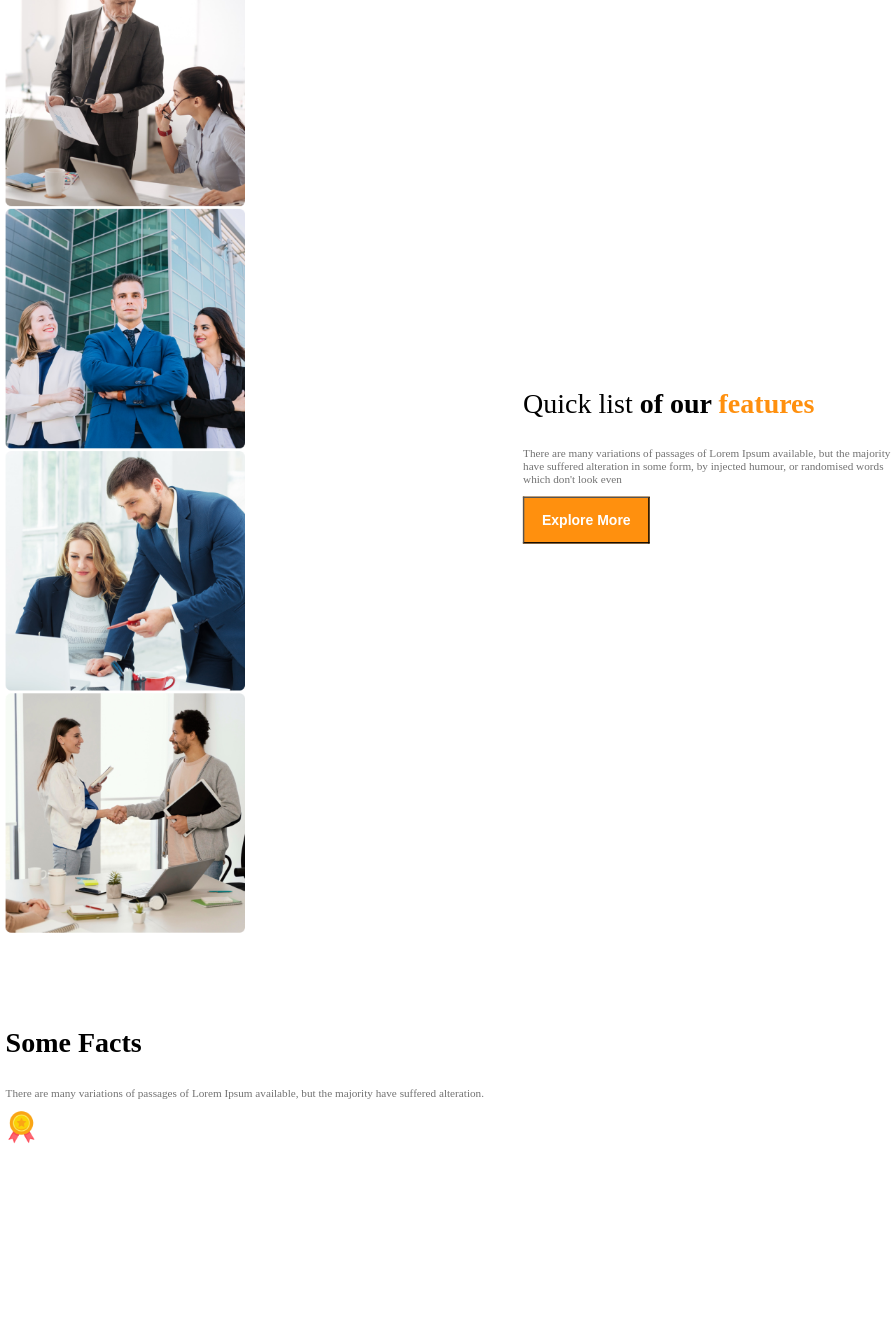
Repository: tanimtanzilislam/g3-architect-website
Page: index.html
An editor plug-in stored every save of this project. The page is shown before and after a run of saves, followed by the edit.
The browser window is 1280 px wide. The pictures show the part of the page from y = 1349 to 3269 px (the page is 3237 px tall before and 3269 px after), at 70% of full size.

Above is the page before, as saved 2026-02-06 18:13:21.

After the next 4 saves:
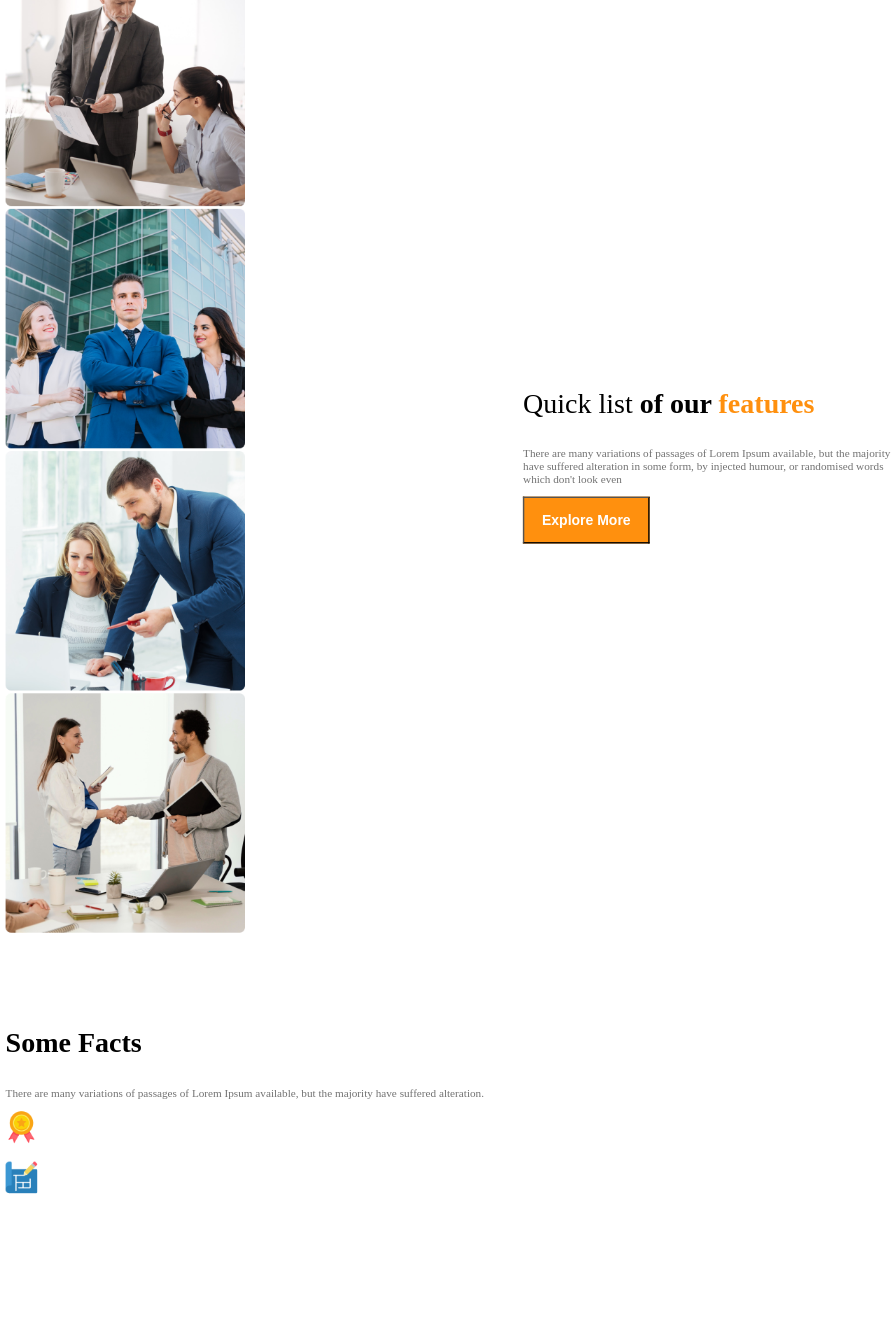
The 4 saves are shown as one change because they came seconds apart.
The last was saved 27 s later.
--- a/index.html
+++ b/index.html
@@ -71,7 +71,7 @@
                 <h5 class="fact-name"></h5>
              </div>
              <div class="fact-card">
-                <img src="" alt="" class="fact-icon">
+                <img src="images/icons/projects.png" alt="" class="fact-icon">
                 <h4 class="fact-number"></h4>
                 <h5 class="fact-name"></h5>
              </div>
